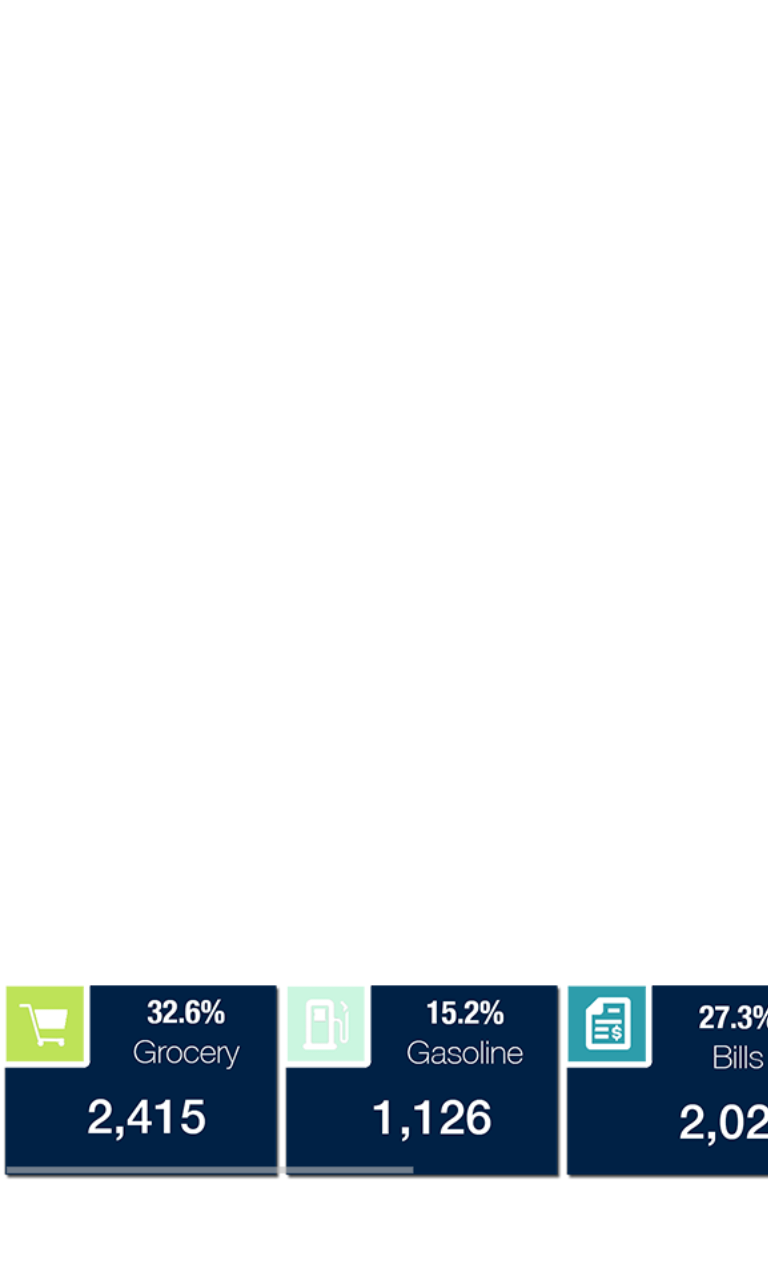
Repository: derek-zhan/RBCPrototypeChallenge
Layout: RBCPrototype/res/layout/fragment_analyze.xml
An editor plug-in stored every save of this project. The layout is shown before and after the next save, followed by the edit.
It is drawn on a 768 x 1280 px phone screen (xhdpi) without system bars, with theme AppTheme; the app's code is not run.

Above is the layout before, as saved 2014-06-06 11:36:35.

### RBCPrototype/res/layout/fragment_analyze.xml
<?xml version="1.0" encoding="utf-8"?>
<RelativeLayout xmlns:android="http://schemas.android.com/apk/res/android"
    android:layout_width="match_parent"
    android:layout_height="match_parent" >


     <HorizontalScrollView
        android:id="@+id/horizontal_scroll_view"
        android:layout_width="wrap_content"
        android:layout_height="wrap_content"
        android:layout_marginBottom="50dp"
        android:layout_alignParentBottom="true"

        >
        <LinearLayout
            android:layout_width="wrap_content"
            android:layout_height="wrap_content"
            android:orientation="horizontal" >
            <ImageButton
                android:layout_width="wrap_content"
                android:layout_height="wrap_content"
                android:src="@drawable/piechartcat1"
                android:background="@null"
                 />
            <ImageButton
                android:layout_width="wrap_content"
                android:layout_height="wrap_content"
                android:src="@drawable/piechartcat2"
                android:background="@null"
                />
            <ImageButton
                android:layout_width="wrap_content"
                android:layout_height="wrap_content"
                android:src="@drawable/piechartcat3"
                android:background="@null"
                 />
            <ImageButton
                android:layout_width="wrap_content"
                android:layout_height="wrap_content"
                android:src="@drawable/piechartcat4"
                android:background="@null"
                 />
            <ImageButton
                android:layout_width="wrap_content"
                android:layout_height="wrap_content"
                android:src="@drawable/piechartcat5"
                android:background="@null" />
        </LinearLayout>

    </HorizontalScrollView>


</RelativeLayout>

Loaded but not shown: RBCPrototype/res/values/styles.xml (common file); RBCPrototype/res/values-v11/styles.xml (common file); RBCPrototype/res/values-v14/styles.xml (common file)

After the next save:
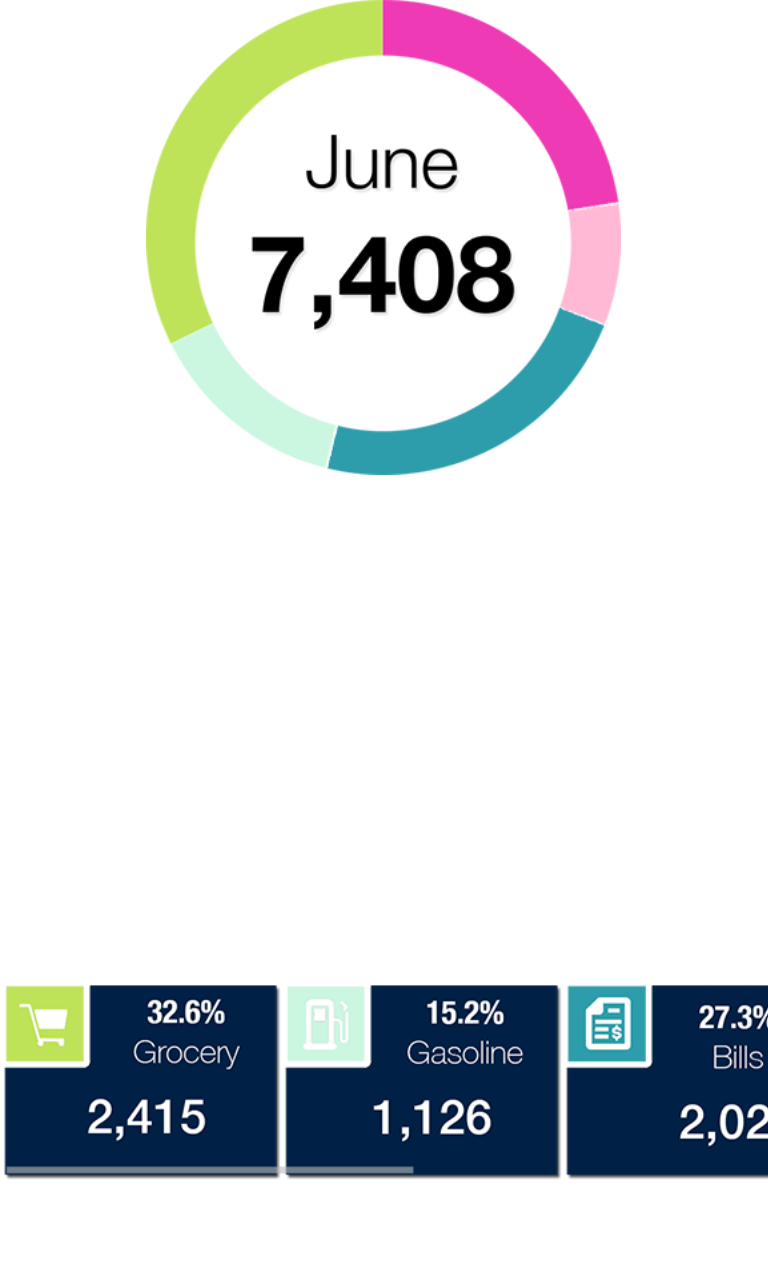
Saved 11 min 33 s later.
--- a/RBCPrototype/res/layout/fragment_analyze.xml
+++ b/RBCPrototype/res/layout/fragment_analyze.xml
@@ -2,6 +2,16 @@
 <RelativeLayout xmlns:android="http://schemas.android.com/apk/res/android"
     android:layout_width="match_parent"
     android:layout_height="match_parent" >
+
+    <ImageView
+
+        android:layout_width="wrap_content"
+        android:layout_height="wrap_content"
+        android:layout_marginBottom="10dp"
+        android:layout_centerHorizontal="true"
+        android:src="@drawable/piechart_full"
+        />
+
 
 
      <HorizontalScrollView
